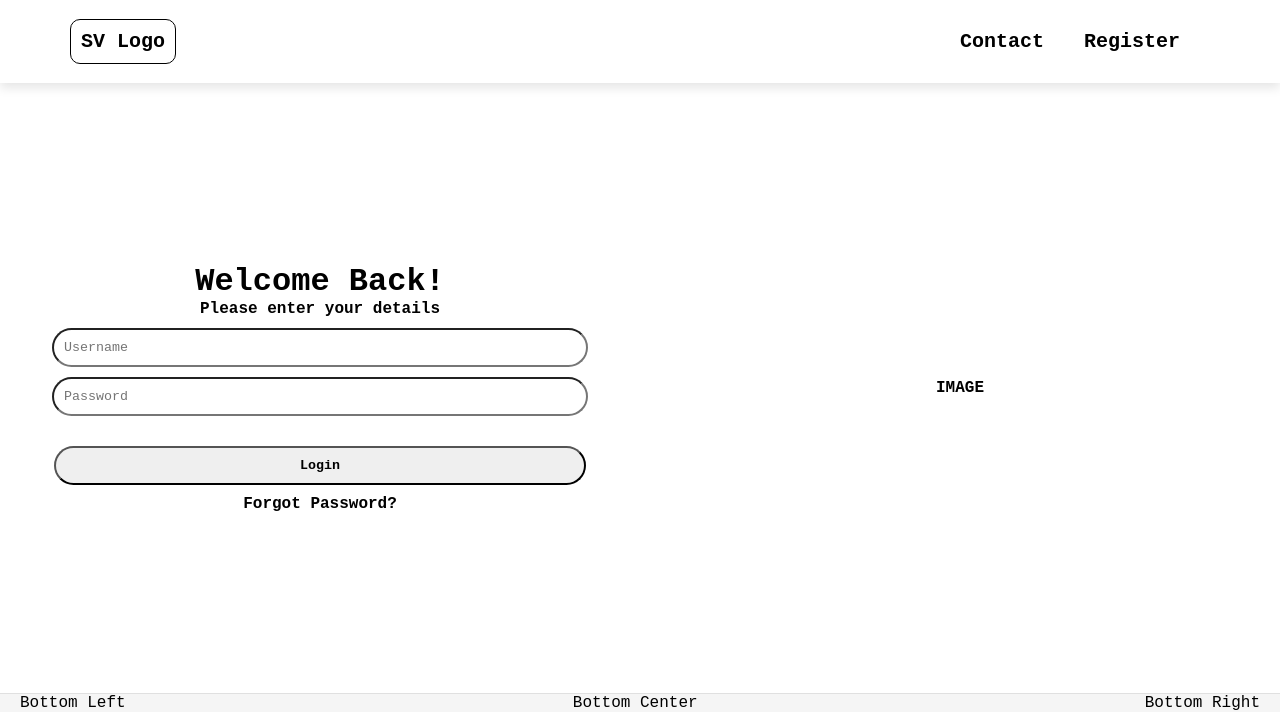
Repository: BuddhimaB/SecureVisionAI
Page: / (app in client/)
The author's editor kept a copy of each file at every save. The page is drawn from the files as they stood at one save, then again after the next save.
The browser window is 1280 px wide. The pictures show the whole page.
The project was rebuilt for these pictures with package versions that can differ from the ones it lists, and the page was loaded fresh each time.

Above is the page before, as saved 2024-07-13 19:28:01.

After the next save:
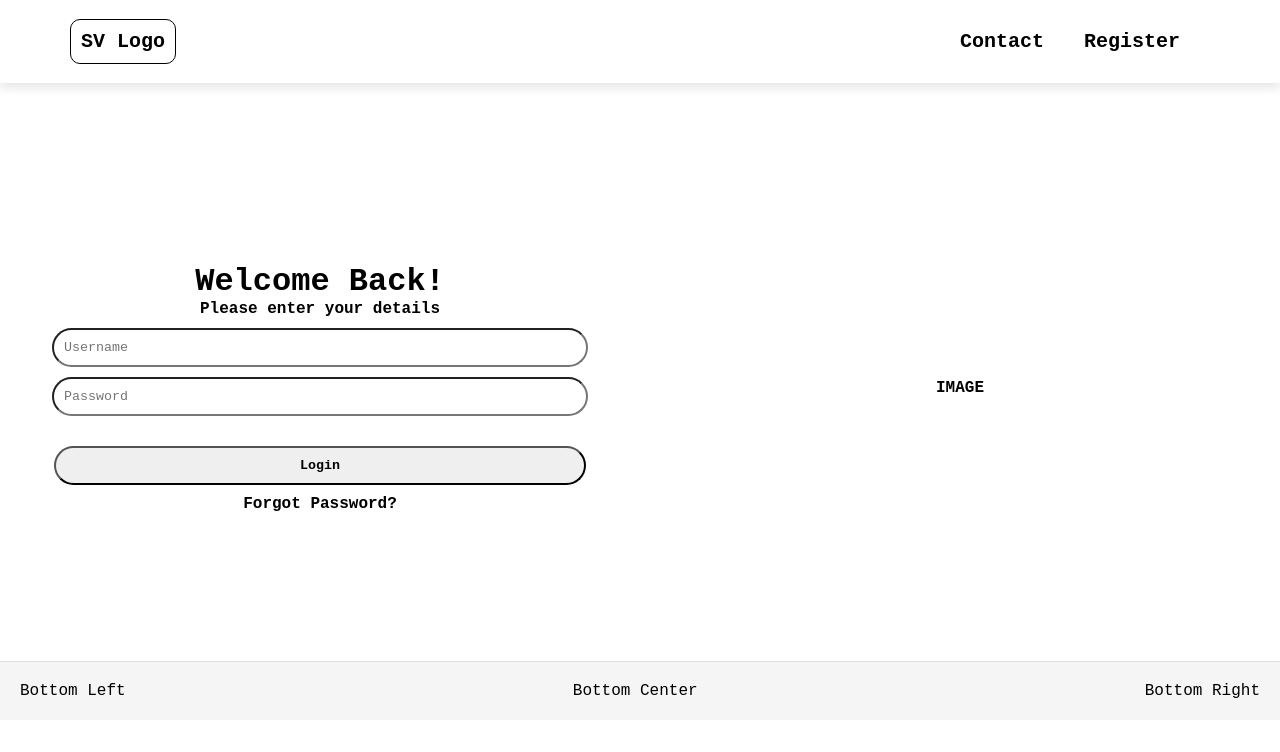
Saved 11 s later.
--- a/client/src/components/BottomDetails/Bottom.css
+++ b/client/src/components/BottomDetails/Bottom.css
@@ -4,7 +4,7 @@
     align-items: center;
     position: sticky;
     bottom: 0;
-    padding: 0 20px;
+    padding: 20px;
 
     background-color: #f5f5f5;
     border-top: 1px solid #e0e0e0;
